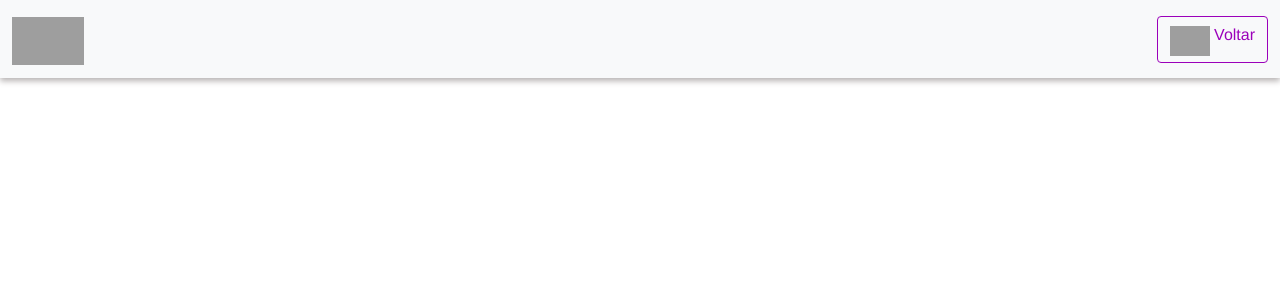
Repository: LuismGil/Countries-list
Page: /
An editor plug-in stored every save of this project. The page is shown before and after the next save, followed by the edit.
The browser window is 1280 px wide. The pictures show the whole page.
Pictures or frames that could not be fetched are drawn as grey boxes. The project was rebuilt for these pictures with package versions that can differ from the ones it lists, and the page was loaded fresh each time.

Above is the page before, as saved 2021-05-22 19:28:51.

### public/index.html
<!DOCTYPE html>
<html lang="">
  <head>
    <meta charset="utf-8">
    <meta http-equiv="X-UA-Compatible" content="IE=edge">
    <meta name="viewport" content="width=device-width,initial-scale=1.0">
    <link rel="icon" href="<%= BASE_URL %>favicon.ico">
    <link href="https://cdn.jsdelivr.net/npm/bootstrap@5.0.1/dist/css/bootstrap.min.css" rel="stylesheet" integrity="sha384-+0n0xVW2eSR5OomGNYDnhzAbDsOXxcvSN1TPprVMTNDbiYZCxYbOOl7+AMvyTG2x" crossorigin="anonymous">
    <title><%= htmlWebpackPlugin.options.title %></title>
  </head>
  <body>
    <noscript>
      <strong>We're sorry but <%= htmlWebpackPlugin.options.title %> doesn't work properly without JavaScript enabled. Please enable it to continue.</strong>
    </noscript>
    <div id="app"></div>
    <!-- built files will be auto injected -->
  </body>
</html>

### src/App.vue
<template>
  <div id="app">
    <mv-header />

  </div>
</template>

<script>
import MvHeader from './components/MvHeader.vue';

export default {
  name: 'App',
  components: {
    MvHeader,
  },
};
</script>

<style>
#app {
  color: #2c3e50;
  font-family: Avenir, Helvetica, Arial, sans-serif;
  -webkit-font-smoothing: antialiased;
  -moz-osx-font-smoothing: grayscale;
  text-align: center;
}
</style>

### src/components/MvHeader.vue
<template>
<div>
  <nav class="navbar navbar-light bg-light navbar-shadow">
  <div class="container-fluid">
    <a class="navbar-brand" href="#">
      <img src="https://mova.vc/img/footer_mova.svg" alt="Mova Logo" width="72" height="48" class="d-inline-block align-text-top">
    </a>
    <mv-button></mv-button>
  </div>
  </nav>
</div>
</template>

<script>
import MvButton from './MvButton.vue';

export default {
  name: 'MvHeader',
  components: {
    MvButton,
  },

};
</script>

<style>
.navbar-shadow {
  box-shadow: 0px 3px 6px 0px #b6b2b2;
}
</style>

### src/components/MvButton.vue
<template>
  <div>
    <button type="button" class="btn btn-outline btn-color">
      <img src="../assets/back.png" alt="back-arrow"
      width="40"
      height="30"
      class="d-inline-block align-text-top">
      Voltar
      </button>
  </div>
</template>

<script>
export default {

};
</script>

<style>
.btn-color {
  border-color: rgb(155, 0, 186);
  color: rgb(155, 0, 186);
}

.btn-color:hover {
  color: #fff;
  background-color: rgb(155, 0, 186);
}

</style>

Loaded but not shown: src/main.js (common file)

After the next save:
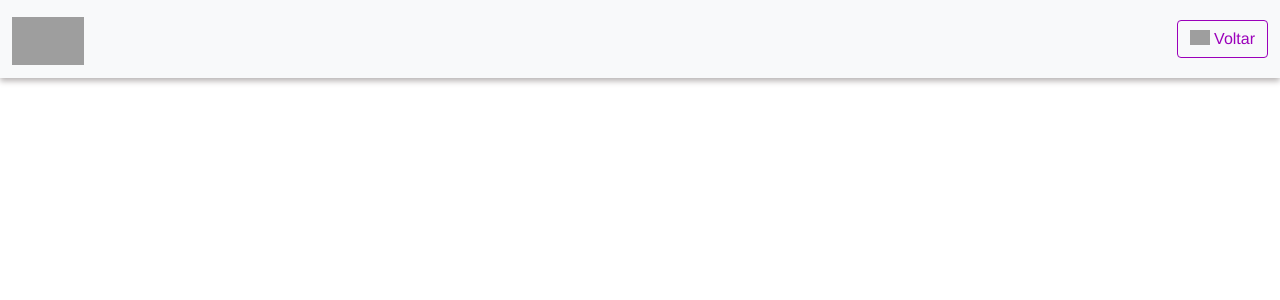
Saved 15 s later.
--- a/src/components/MvButton.vue
+++ b/src/components/MvButton.vue
@@ -2,8 +2,8 @@
   <div>
     <button type="button" class="btn btn-outline btn-color">
       <img src="../assets/back.png" alt="back-arrow"
-      width="40"
-      height="30"
+      width="20"
+      height="15"
       class="d-inline-block align-text-top">
       Voltar
       </button>
